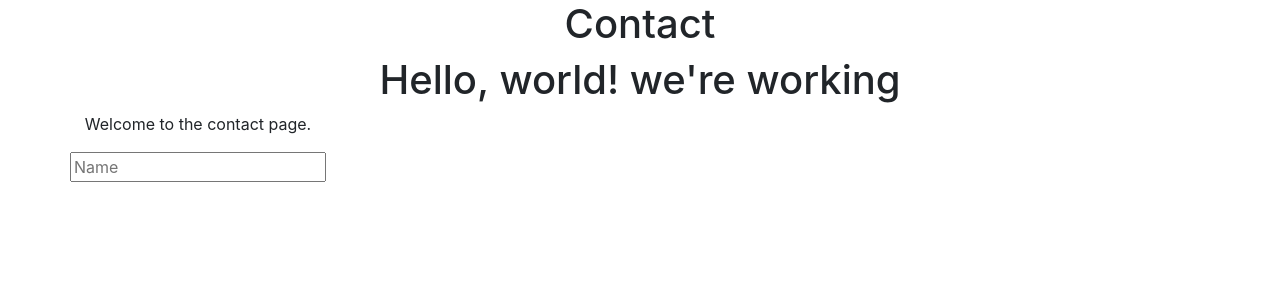
Repository: mjmaix/django101
Page: http://localhost/contact/
An editor plug-in stored every save of this project. The page is shown before and after the next save, followed by the edit.
The browser window is 1280 px wide. The pictures show the whole page.
Some web libraries are served in a nearby version. The page is served by the project's application, run on Django 2.2 (ecommerce/src/manage.py).

Above is the page before, as saved 2018-03-31 22:37:52.

After the next save:
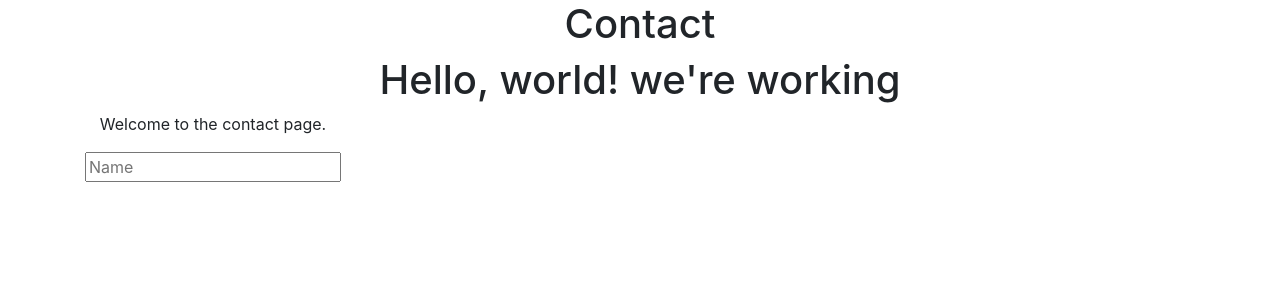
Saved 42 s later.
--- a/ecommerce/src/templates/contact/view.html
+++ b/ecommerce/src/templates/contact/view.html
@@ -21,7 +21,9 @@
             <div class='column'>
                 <p>{{ content }}</p>
                 <form>
-                    <input type='text' placeholder="Name" name='full_name' />
+                    <div class='col-sm-6 col-12'>
+                        <input class='form control' type='text' placeholder="Name" name='full_name' />
+                    </div>
                 </form>
             </div>
         </div>
